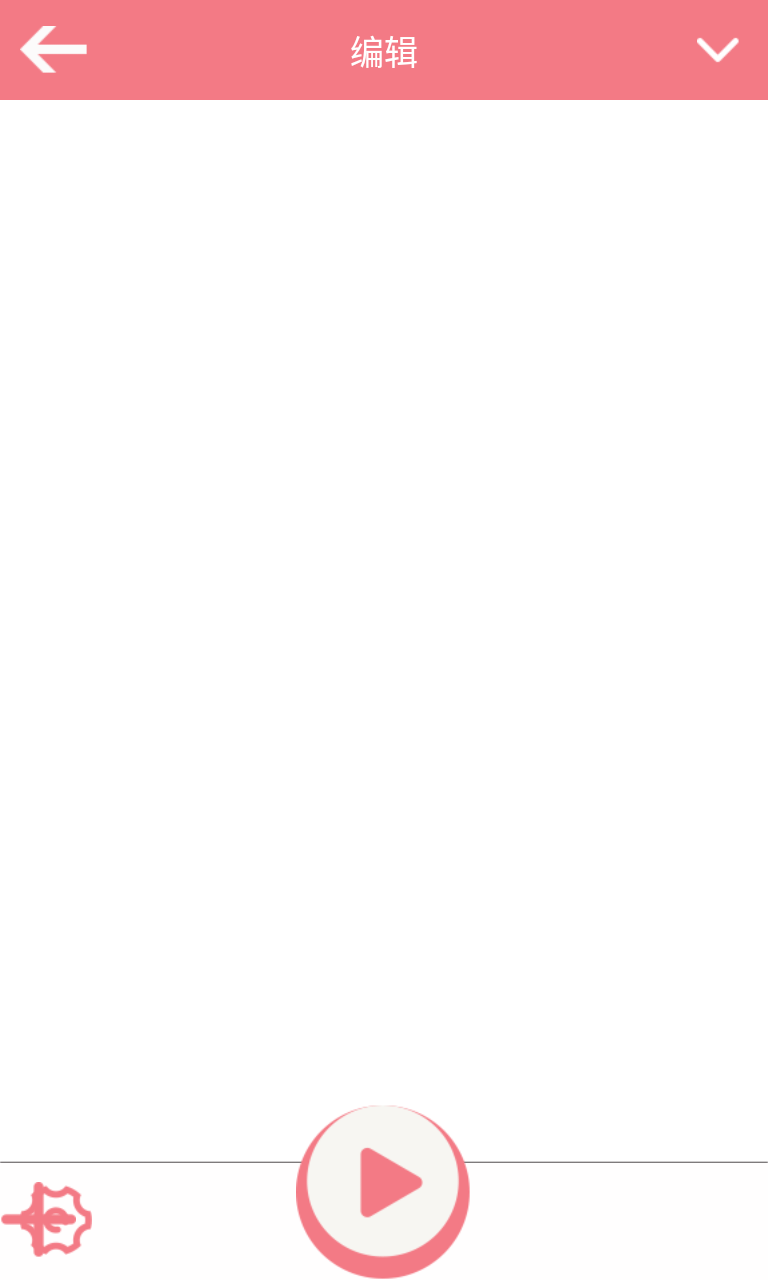
Repository: xuelang201201/Android
Layout: Android网络/美一页/res/layout/activity_edit.xml
An editor plug-in stored every save of this project. The layout is shown before and after the next save, followed by the edit.
It is drawn on a 768 x 1280 px phone screen (xhdpi) without system bars, with theme android:Theme.Holo.Light.NoActionBar; the app's code is not run.

Above is the layout before, as saved 2016-03-28 12:36:14.

### Android网络/美一页/res/layout/activity_edit.xml
<RelativeLayout xmlns:android="http://schemas.android.com/apk/res/android"
    xmlns:tools="http://schemas.android.com/tools"
    android:layout_width="match_parent"
    android:layout_height="match_parent"
    tools:context=".EditActivity" >

    <RelativeLayout
        android:id="@+id/relativeLayout1"
        android:layout_width="match_parent"
        android:layout_height="50dp"
        android:layout_alignParentLeft="true"
        android:layout_alignParentRight="true"
        android:layout_alignParentTop="true"
        android:background="@drawable/top" >

        <TextView
            android:id="@+id/textView1"
            android:layout_width="wrap_content"
            android:layout_height="wrap_content"
            android:layout_centerHorizontal="true"
            android:layout_centerVertical="true"
            android:text="编辑"
            android:textColor="#ffffff"
            android:textSize="17sp" />

        <ImageView
            android:id="@+id/imageView2"
            android:layout_width="wrap_content"
            android:layout_height="wrap_content"
            android:layout_alignParentRight="true"
            android:layout_centerVertical="true"
            android:layout_marginRight="10dp"
            android:contentDescription="@null"
            android:src="@drawable/icon2" />

        <ImageView
            android:id="@+id/imageView1"
            android:layout_width="wrap_content"
            android:layout_height="wrap_content"
            android:layout_alignParentLeft="true"
            android:layout_centerVertical="true"
            android:layout_marginLeft="10dp"
            android:contentDescription="@null"
            android:src="@drawable/icon1" />
    </RelativeLayout>

    <FrameLayout
        android:layout_width="match_parent"
        android:layout_height="60dp"
        android:layout_alignParentBottom="true"
        android:layout_alignParentLeft="true"
        android:background="@drawable/foot" >

        <ImageView
            android:id="@+id/imageView3"
            android:layout_width="wrap_content"
            android:layout_height="wrap_content"
            android:layout_gravity="center_vertical"
            android:layout_marginLeft="10dp"
            android:src="@drawable/icon7" />

        <ImageView
            android:id="@+id/imageView4"
            android:layout_width="wrap_content"
            android:layout_height="wrap_content"
            android:layout_gravity="center_vertical"
            android:src="@drawable/icon6" />
    </FrameLayout>

    <ImageView
        android:id="@+id/imageView5"
        android:layout_width="wrap_content"
        android:layout_height="wrap_content"
        android:layout_alignParentBottom="true"
        android:layout_centerHorizontal="true"
        android:src="@drawable/icon5" />

</RelativeLayout>

After the next save:
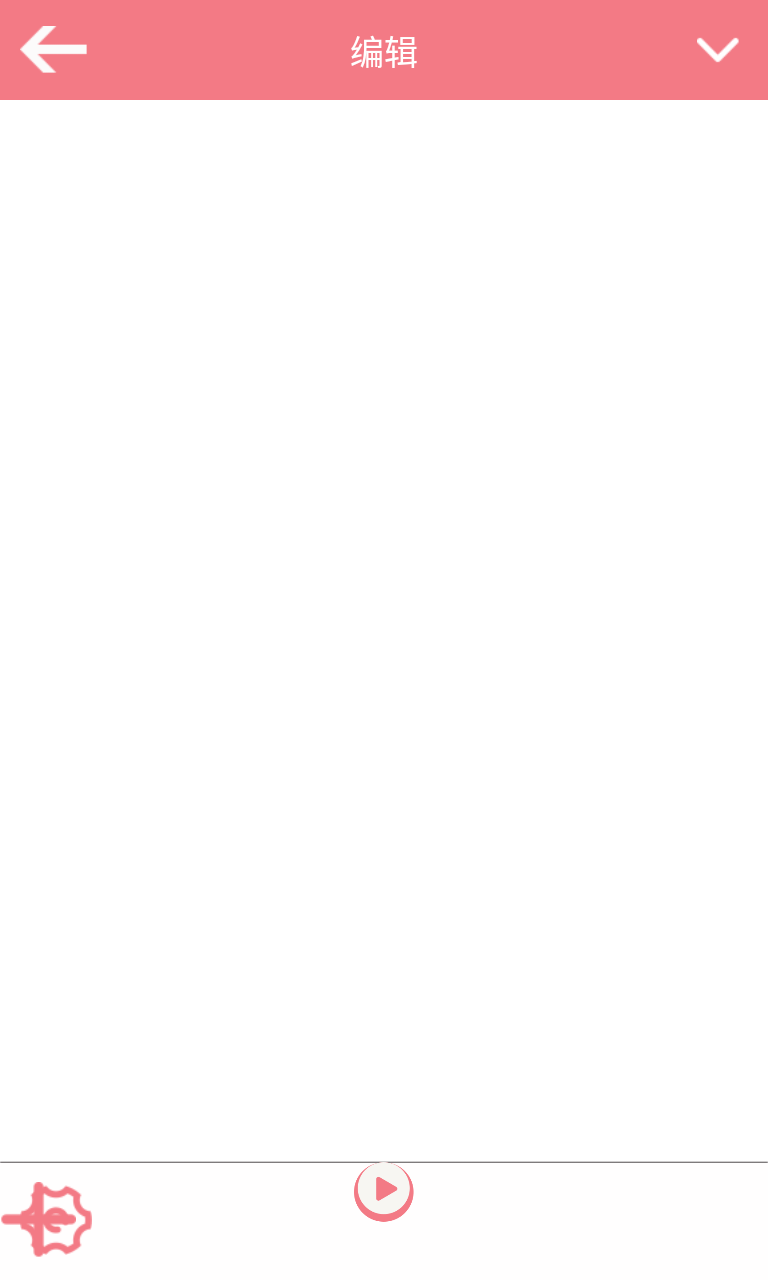
Saved 8 s later.
--- a/Android网络/美一页/res/layout/activity_edit.xml
+++ b/Android网络/美一页/res/layout/activity_edit.xml
@@ -69,7 +69,7 @@
 
     <ImageView
         android:id="@+id/imageView5"
-        android:layout_width="wrap_content"
+        android:layout_width="30dp"
         android:layout_height="wrap_content"
         android:layout_alignParentBottom="true"
         android:layout_centerHorizontal="true"
